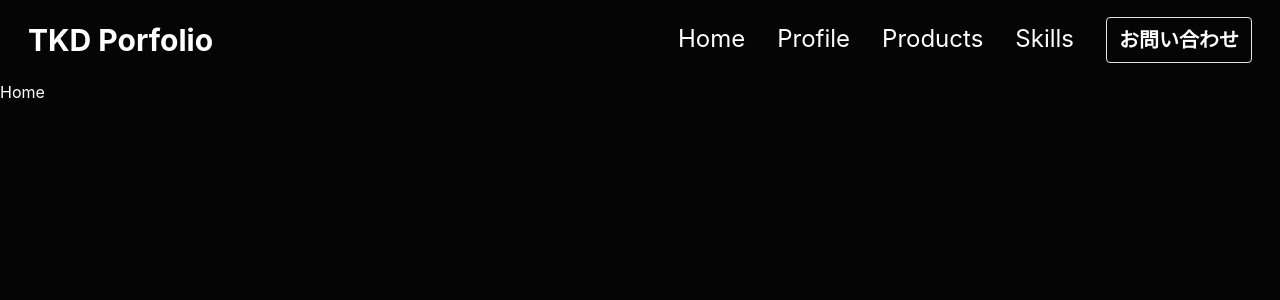
Repository: MitukiTakada/todo-aplication
Page: / (app in design/dev/react-tailwind/react-tailwind/)
These files come from the project's save history. The page is drawn as it stood at one moment and after the next save; the edit follows.
The browser window is 1280 px wide. The pictures show the whole page.
The project was rebuilt for these pictures with package versions that can differ from the ones it lists, and the page was loaded fresh each time. Also part of the build but not shown: design/dev/react-tailwind/react-tailwind/src/components/Products.jsx, design/dev/react-tailwind/react-tailwind/src/components/Profile.jsx, design/dev/react-tailwind/react-tailwind/src/components/Skills.jsx.

Above is the page before, as saved 2022-11-16 08:32:43.

### design/dev/react-tailwind/react-tailwind/public/index.html
<!DOCTYPE html>
<html lang="en">
  <head>
    <meta charset="utf-8" />
    <link rel="icon" href="%PUBLIC_URL%/favicon.ico" />
    <meta name="viewport" content="width=device-width, initial-scale=1" />
    <meta name="theme-color" content="#000000" />
    <meta
      name="description"
      content="Web site created using create-react-app"
    />
    <link rel="apple-touch-icon" href="%PUBLIC_URL%/logo192.png" />
    <link rel ="stylesheet" href="https://cdnjs.cloudflare.com/ajax/libs/font-awesome/5.15.3/css/all.min.css">
    <!--
      manifest.json provides metadata used when your web app is installed on a
      user's mobile device or desktop. See https://developers.google.com/web/fundamentals/web-app-manifest/
    -->
    <link rel="manifest" href="%PUBLIC_URL%/manifest.json" />
    <!--
      Notice the use of %PUBLIC_URL% in the tags above.
      It will be replaced with the URL of the `public` folder during the build.
      Only files inside the `public` folder can be referenced from the HTML.

      Unlike "/favicon.ico" or "favicon.ico", "%PUBLIC_URL%/favicon.ico" will
      work correctly both with client-side routing and a non-root public URL.
      Learn how to configure a non-root public URL by running `npm run build`.
    -->
    <title>React App</title>
  </head>
  <body>
    <noscript>You need to enable JavaScript to run this app.</noscript>
    <div id="root"></div>
    <!--
      This HTML file is a template.
      If you open it directly in the browser, you will see an empty page.

      You can add webfonts, meta tags, or analytics to this file.
      The build step will place the bundled scripts into the <body> tag.

      To begin the development, run `npm start` or `yarn start`.
      To create a production bundle, use `npm run build` or `yarn build`.
    -->
  </body>
</html>

### design/dev/react-tailwind/react-tailwind/src/index.jsx
import React from 'react';
import ReactDOM from 'react-dom/client';
import './index.css';
import App from './App';
import reportWebVitals from './reportWebVitals';
import { BrowserRouter } from 'react-router-dom';
import { ChakraProvider } from '@chakra-ui/provider';

const root = ReactDOM.createRoot(document.getElementById('root'));
root.render(
  <React.StrictMode>
    <BrowserRouter>
        <ChakraProvider>
          <App />
        </ChakraProvider>
    </BrowserRouter>
  </React.StrictMode>
);

// If you want to start measuring performance in your app, pass a function
// to log results (for example: reportWebVitals(console.log))
// or send to an analytics endpoint. Learn more: https://bit.ly/CRA-vitals
reportWebVitals();

### design/dev/react-tailwind/react-tailwind/src/App.jsx
import { BrowserRouter, Routes, Route } from "react-router-dom";
import Header from "./components/Header";
import Home from "./components/Home";
import Products from "./components/Products";
import Profile from "./components/Profile";
import Skills from "./components/Skills";


function App() {
  return (
    <div className="h-screen bg-body text-white w-full">
     <Header />
      <Routes>
        <Route path="/" element={<Home />}/>
        <Route path="/prfole" element={<Profile />}/>
        <Route path="products" element={<Products />}/>
        <Route path="/skills" element={<Skills />}/>
      </Routes>
    </div>
  );
}

export default App;

### design/dev/react-tailwind/react-tailwind/src/components/Header.jsx
import React from 'react'
import { Link } from 'react-router-dom'
import "./output.css"
import {HamburgerIcon} from "@chakra-ui/icons"

const Header = () => {
  return (
    <header className="h-20 flex justify-between px-7 py-10 w-full items-center">
      <div>
        <h2 className="text-3xl font-bold">TKD Porfolio</h2>
      </div>
      <nav className="flex space-x-8 text-2xl ml-8 items-center hidden md:block">
        <Link to={"/home"} className="link">Home</Link>
        <Link to={"/profile"} className="link">Profile</Link>
        <Link to={"/products"} className="link">Products</Link>
        <Link to={"/skills"} className="link">Skills</Link>
        <a href="#contact" className="ml-5">
          <button className="contact-btn">お問い合わせ</button>
        </a>
      </nav>
      <div className="lg:hidden">
        <HamburgerIcon h={30} w={30}/>
      </div>
    </header>
  )
}

export default Header

### design/dev/react-tailwind/react-tailwind/src/components/output.css
.link {
  @apply hover:text-purple-400 transition-all duration-300;
}
.contact-btn {
  @apply bg-transparent font-bold text-xl px-3 py-2 rounded border
}

### design/dev/react-tailwind/react-tailwind/tailwind.config.js
/** @type {import('tailwindcss').Config} */
module.exports = {
  content: [
    "./src/**/*.{js,jsx,ts,tsx}",
  ],
  theme: {
    extend: {
      colors: {
        body: "#050505",
      },
    },
  },
  plugins: [],
}

Loaded but not shown: design/dev/react-tailwind/react-tailwind/src/index.css (common file); design/dev/react-tailwind/react-tailwind/src/reportWebVitals.js (common file); design/dev/react-tailwind/react-tailwind/src/components/Home.jsx (common file)

After the next save:
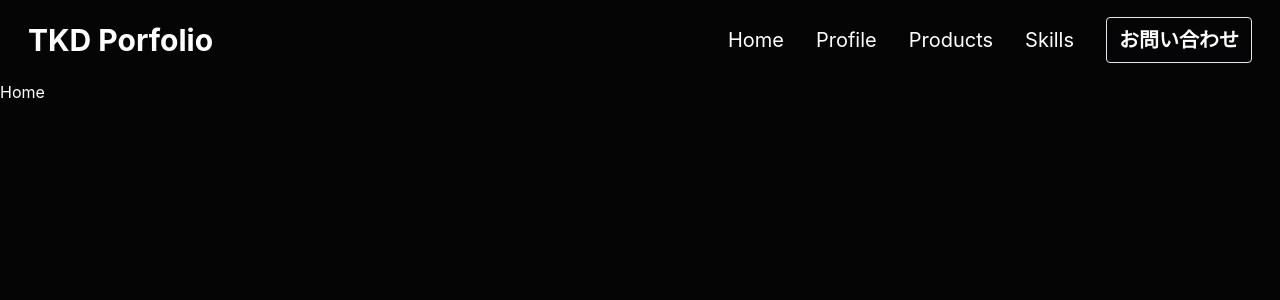
Saved 21 s later.
--- a/design/dev/react-tailwind/react-tailwind/src/components/Header.jsx
+++ b/design/dev/react-tailwind/react-tailwind/src/components/Header.jsx
@@ -9,7 +9,7 @@ const Header = () => {
       <div>
         <h2 className="text-3xl font-bold">TKD Porfolio</h2>
       </div>
-      <nav className="flex space-x-8 text-2xl ml-8 items-center hidden md:block">
+      <nav className="flex space-x-8 text-xl ml-8 items-center hidden md:block">
         <Link to={"/home"} className="link">Home</Link>
         <Link to={"/profile"} className="link">Profile</Link>
         <Link to={"/products"} className="link">Products</Link>
